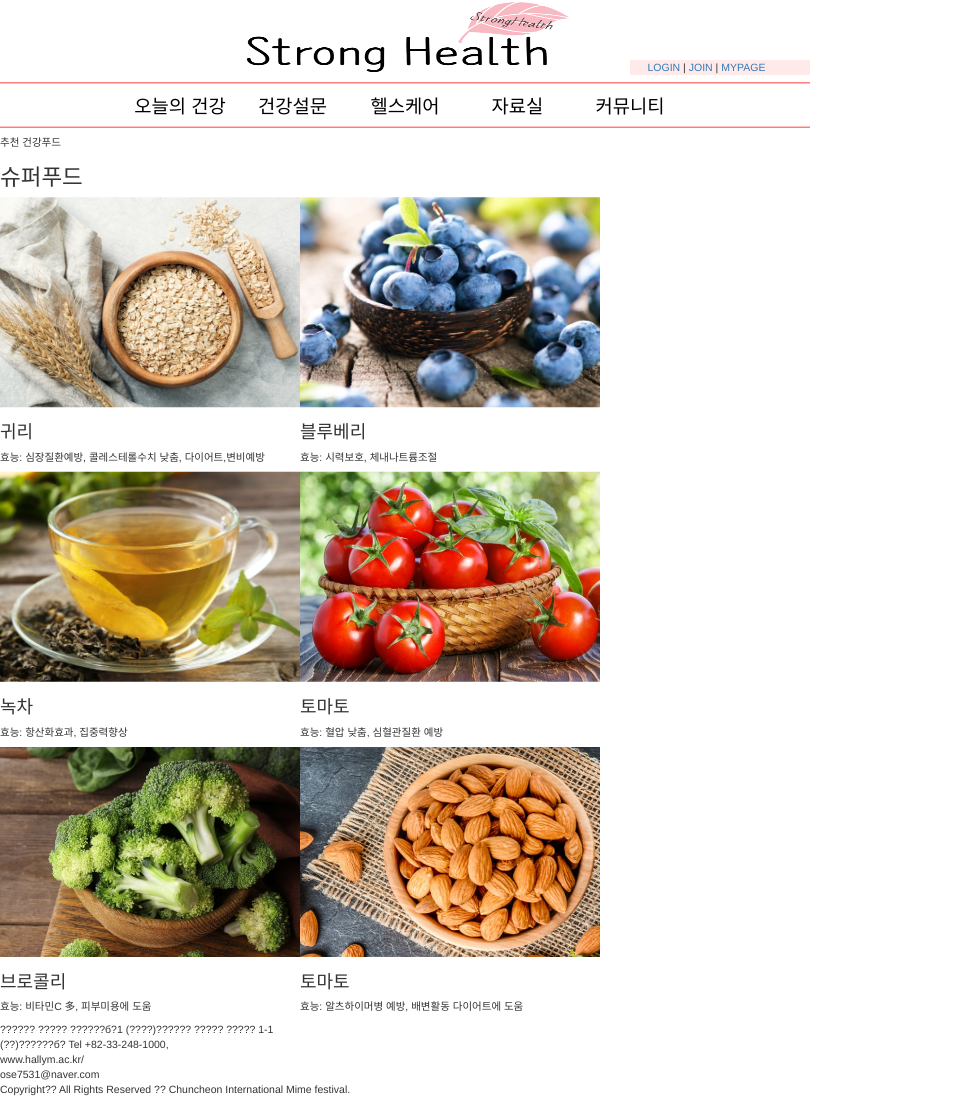
Repository: seeunOh/Webproject2018_StrongHealth
Page: http://localhost/StrongHealth/Healthcare_Food.jsp
An editor plug-in stored every save of this project. The page is shown before and after the next save, followed by the edit.
The browser window is 1280 px wide. The pictures show the whole page, at 75% of full size.
The page is served by Tomcat 9.

Above is the page before, as saved 2018-12-16 04:58:53.
Console error (its wording comes from the project's code and is left out).

After the next save:
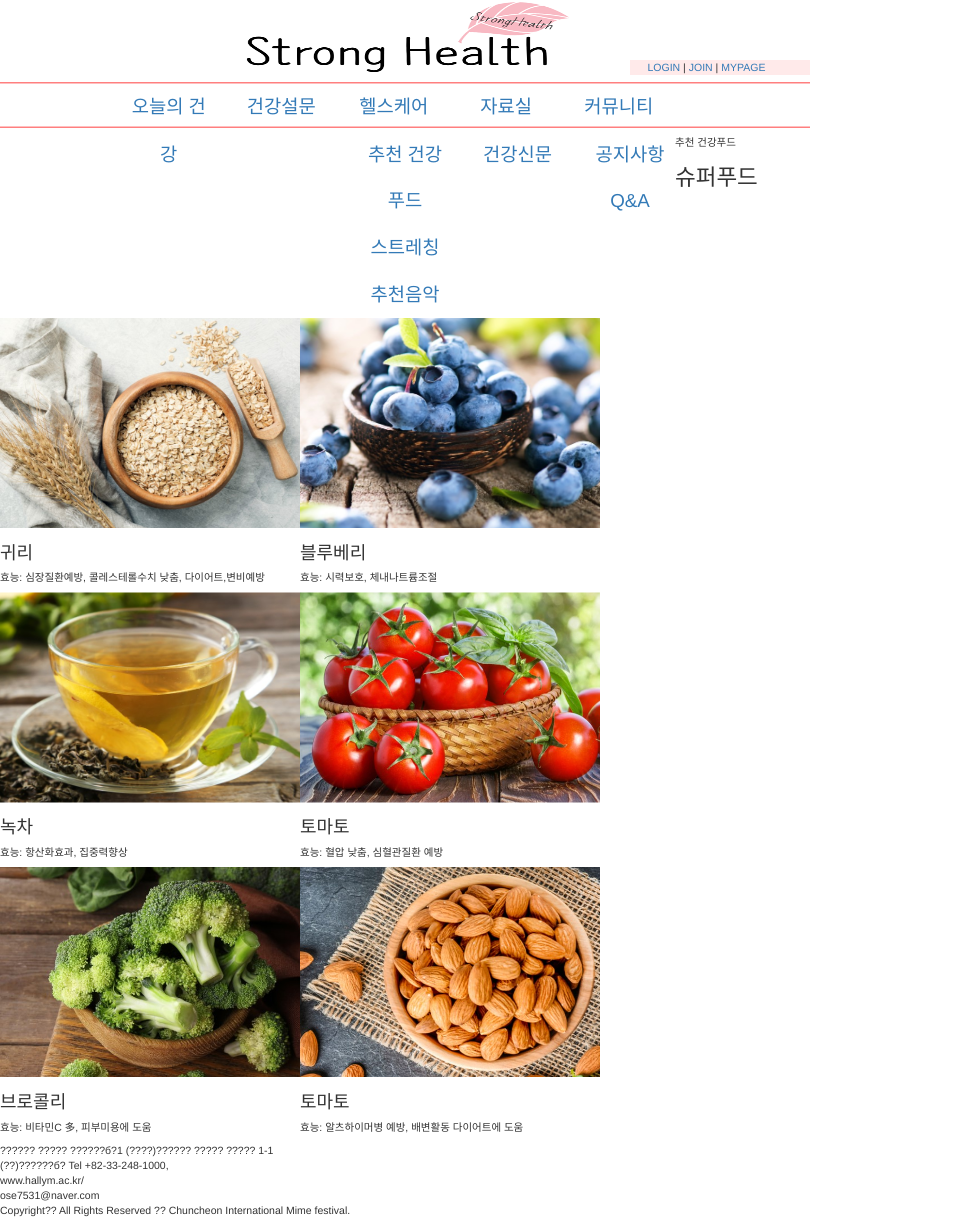
Saved 50 s later.
--- a/StrongHealth/WebContent/Header.jsp
+++ b/StrongHealth/WebContent/Header.jsp
@@ -31,26 +31,26 @@
 <div id = TM>
 <ul>
 <li>&nbsp</li>
- <li class="topmenu"><a class="menuLink" href="Container.jsp?selected_page=today">오늘의 건강</a>
+ <li id="topmenu"><a id="menuLink" href="Container.jsp?selected_page=today">오늘의 건강</a>
  </li>
- <li class="topmenu"><a class="menuLink" href="Container.jsp?selected_page=survey">건강설문</a>
+ <li id="topmenu"><a id="menuLink" href="Container.jsp?selected_page=survey">건강설문</a>
  </li>
- <li class="topmenu"><a class="menuLink" href="#">헬스케어</a>
-   <ul class="submenu">
-     <li class="submenuLink"><a href="Healthcare_Food.jsp">추천 건강푸드</a></li>
-     <li class="submenuLink"><a href="Healthcare_Stretching.jsp">스트레칭</a></li>
-     <li class="submenuLink"><a href="Container.jsp?selected_page=music">추천음악</a></li>
+ <li id="topmenu"><a id="menuLink" href="#">헬스케어</a>
+   <ul id="submenu">
+     <li id="submenuLink"><a id="Healthcare_Food.jsp">추천 건강푸드</a></li>
+     <li id="submenuLink"><a id="Healthcare_Stretching.jsp">스트레칭</a></li>
+     <li id="submenuLink"><a id="Container.jsp?selected_page=music">추천음악</a></li>
    </ul>
 </li>
- <li class="topmenu"><a class="menuLink" href="#">자료실</a>
- 	<ul class="submenu">
-     <li class="submenuLink"><a href="HealthNews.jsp">건강신문</a></li>
+ <li id="topmenu"><a id="menuLink" href="#">자료실</a>
+ 	<ul id="submenu">
+     <li id="submenuLink"><a href="HealthNews.jsp">건강신문</a></li>
    </ul>
  </li>
- <li class="topmenu"><a class="menuLink" href="Container.jsp?selected_page=notice">커뮤니티</a>
-  <ul class="submenu">
-   <li class="submenuLink"><a href="Container.jsp?selected_page=notice">공지사항</a></li>
-   <li class="submenuLink"><a href="Container.jsp?selected_page=qna">Q&A</a></li>
+ <li id="topmenu"><a id="menuLink" href="Container.jsp?selected_page=notice">커뮤니티</a>
+  <ul id="submenu">
+   <li id="submenuLink"><a href="Container.jsp?selected_page=notice">공지사항</a></li>
+   <li id="submenuLink"><a href="Container.jsp?selected_page=qna">Q&A</a></li>
   </ul>
 </li>
 </ul>
